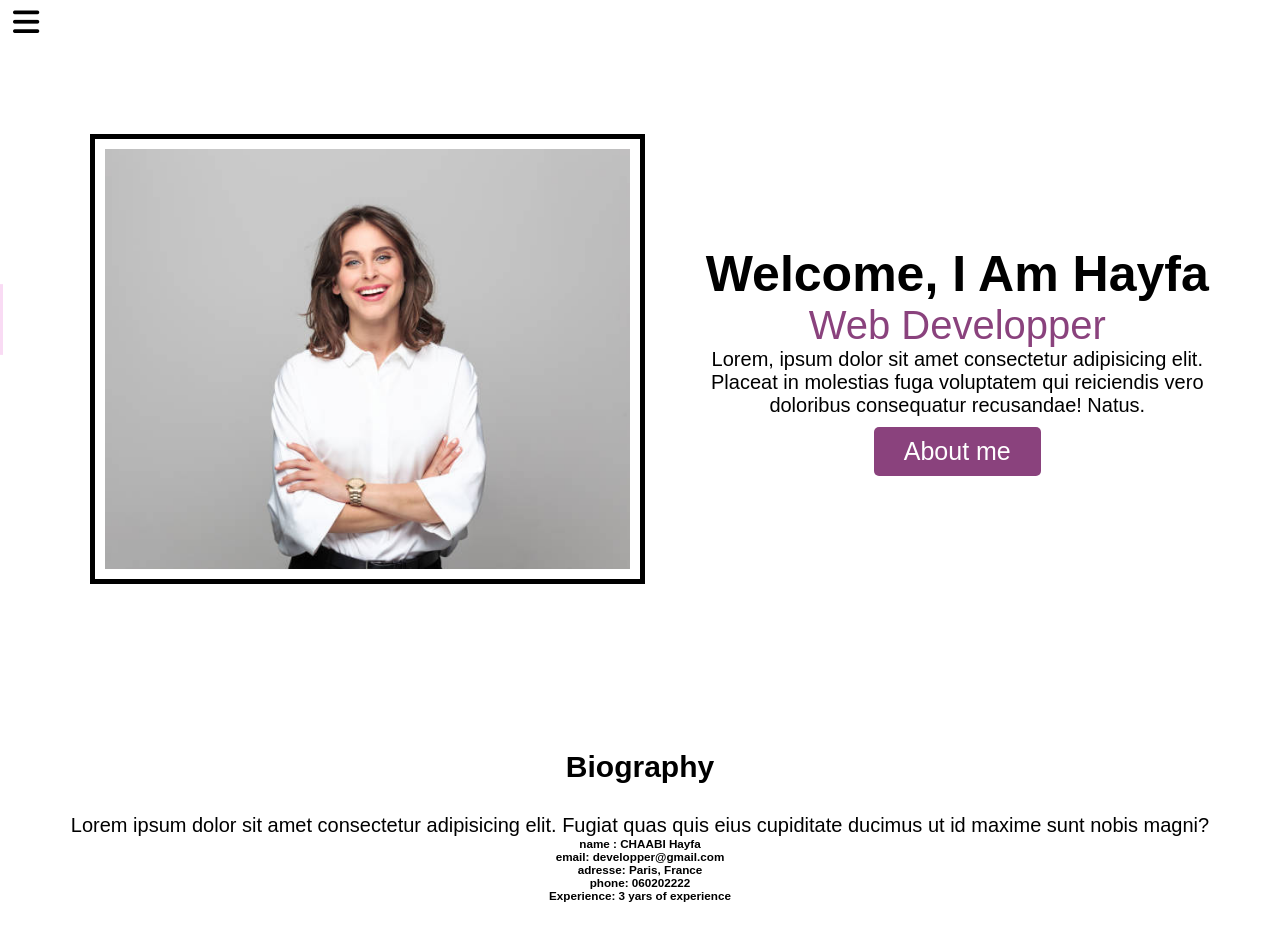
Repository: haifabilel/portfolio_project
Page: http://localhost/
An editor plug-in stored every save of this project. The page is shown before and after a run of saves, followed by the edit.
The browser window is 1280 px wide. The pictures show the whole page.
Some web fonts or font styles are not loaded; a fallback is used. The page is run by PHP 8.4 with error messages shown; the project is at /var/www/html/.

Above is the page before, as saved 2023-09-15 20:57:05.

### index.php
<!DOCTYPE html>
<html lang="fr">
<head>
    <meta charset="UTF-8">
    <meta name="viewport" content="width=device-width, initial-scale=1.0">
    <title>Portfolio</title>
    <!-- Font awesome cdn -->
    <link rel="stylesheet" href="https://cdnjs.cloudflare.com/ajax/libs/font-awesome/6.4.2/css/all.min.css">
    <!-- css link -->
    <link rel="stylesheet" href="css/style.css"
</head>
<body>
<!-- Header Section Starts -->
<header class="header">
<div id="menu-btn" class="fas fa-bars"></div>

    <a href="#home" class="logo">
       <img src="asset/logo.png" class="logo" alt="image-logo">
    </a>
<nav class="navbar">
    <a href="#home"class="active">Home</a>
    <a href="#about">About me</a>
    <a href="#portfolio">portfolio</a>
    <a href="#contact">Contact me</a>
</nav>
<div class="follow">
<a href="#" class="fab fa-facebook"></a>
<a href="#" class="fab fa-twitter"></a>
<a href="#" class="fab fa-instagram"></a>
<a href="#" class="fab fa-linkedin"></a>
<a href="#" class="fab fa-github"></a>
</div>
</header>

<!-- Header Section Ends -->
<!-- Home Section Starts -->
<section class="home" id="home">
    <div class="image">
        <img src="asset/photo-femme.jpg" alt="photo-femme" class="image-profil" >
    </div>
 <div class="content">
    <h1>Welcome, i am hayfa</h1>
    <span>Web Developper</span>
    <p>Lorem, ipsum dolor sit amet consectetur adipisicing elit. Placeat in molestias fuga voluptatem qui reiciendis vero doloribus consequatur recusandae! Natus.</p>
    <a href="#about" class="btn">About me</a>
 </div>
</section>
<!-- Home Section Ends -->
<!-- about Section Starts -->
<section class="about"  id="about">
    <h2 class="myBio">Biography</h2>
    <div class="biography">
        <p>Lorem ipsum dolor sit amet consectetur adipisicing elit.
             Fugiat quas quis eius cupiditate ducimus ut id maxime sunt nobis magni? </p>
    <h3> name : CHAABI Hayfa </h3>
    <h3> email: developper@gmail.com </h3>
    <h3> adresse: Paris, France </h3>
    <h3> phone: 060202222 </h3>
    <h3>Experience: 3 yars of experience </h3>

    </div>




</section>




<!-- about Section Ends -->











<script src="js/script.js"></script>
</body>
</html>

### css/style.css
@import url('https://fonts.googleapis.com/css2?family=Crimson+Text:wght@400;600&family=EB+Garamond:wght@400;500;600&family=Lora:ital@1&family=Nanum+Myeongjo:wght@400;700;800&family=Poppins:ital,wght@1,200;1,300;1,400;1,500&display=swap');
:root{
    --black:#000;
    -white:#fff;
    --pinkLight:#ce2a77;
    --pink:#8e6787;
    --light-bg:#eccbe1;
    --border-bold:.4rem solid var(--pink);
    --box--shadow:7px 6px 5px 0px rgba(0,0,0,0.4);
}
*{
    font-family: 'EB Garamond', 'Arial',' sans-serif';
    margin: 0;
    padding:0;
    box-sizing: border-box;
    outline:none;
    border:none;
    text-decoration:none;

}
*{
    background-color: var(--white);

}
*::-webkit-scrollbar{
    height:.5rem;
    width:1rem;
   }
*::-webkit-scrollbar-track{
    background-color: transparent;
}
*::-webkit-scrollbar-thumb{
    background-color: var(--pink);
}
html{
    font-size:62.5%;
    overflow-x: hidden;
    scroll-behavior: smooth;
}
section{
    padding:3rem 2rem;
    margin:0 auto;
    max-width:1200px;
    text-align: center;

}
body{
 overflow: hidden;
 transition:.2s linear !important;
 text-align: center;
}
body.active{
  padding-left:35rem;
}

/* <!-- Body Section Ends --> */
/* <!-- Header Section Starts --> */
.header{
    position:fixed;
    top:0;left:-35rem;
    height:100vh;
    background-color:var(--white);
    border-right:var(--border-bold);
    width:35rem;
    padding:3rem 2rem;
    text-align:center;
    display: flex;
    align-items: center;
    justify-content: space-between;
    flex-flow: column;
    transition:.2s linear !important;
    text-align: center;
}
header .navbar{
    width: 100%;
    margin-top:-30px;

}
header .navbar a{
    text-decoration: none;
    font-size: 2.5rem;
    padding:1.5rem;
    margin:.3rem;
    display:block;
}
header .navbar a.active,
header .navbar a:hover{
 background-color: #f0aae46b;
 transform: scale(1.2);
}
.header .follow a{
    font-size:2.5rem;
    margin:0 1rem;
    color:#8a427d;
}
.header .follow a:hover{
    transform: scale(2.1);
}
#menu-btn{
   position: absolute;
   top:0; right:-5.5rem;
   height:4.5rem;
   line-height: 4.5rem;
   width:5rem;
   font-size: 3rem;
   cursor: pointer;
   color: var(--white);
}
.logo{
    margin-top: -30px;
    height: 190px;
}
header.active{
   left:0;
}
/* Header Section Ends */
 /* Home Section Starts  */
.home{
    display:flex;
    align-items: center;
    flex-wrap:wrap;
    gap:2rem;
    min-height: 100vh;
}
h1{
    font-size: 5rem;
    text-transform:capitalize;
}
 span{
    color:#8a427d;
    font-size: 4rem;

}
p{
    font-size: 2rem;
}
.home .image img{
    height:45rem;
    padding:1rem;
    margin:30px;
    border :5px solid black;

}
.home .image{
    flex:1 1 40rem;
}
.home .content{
    flex:1 1 40rem;
}
.btn{
    display: inline-block;
    margin-top:1rem ;
    cursor: pointer;
    padding:1rem 3rem;
    background-color: #8a427d;
    color:#fff;
    border-radius: 5px;
    font-size: 2.5rem;
}
.btn:hover{
    transform: scale(1.1);
    transition: 0.5s;;
}
/* Home Section Ends */
/* About section starts */
h2{
    margin-bottom:3rem;
    text-align: center;
    font-size: 3rem;
    color: var;

}



/* About section ends */








/* media queries */
@media (max-widht:991px){
    html{
        font-size: 55%;
    }
    body .active{
        padding-left: 0;
    }
}

@media (max-widht:450px){
    html{
        font-size: 50%;
    }
    .header.active{
        padding-top:7rem;
    }
    #menu-btn.fa-times{
        right:0;
    }
    .home .image img{
     height:auto;
     width:100%;


    }
}

### js/script.js
let menu = document.querySelector('#menu-btn');
let header = document.querySelector('.header');

// Button toggle
menu.onclick = () =>{
   menu.classList.toggle('fa-times');
   header.classList.toggle('active');
   document.body.classList.toggle('active');
}

window.onscroll = () =>{
    if(window.innerWidth < 991){
        menu.classList.remove('fa-times');
        header.classList.remove('active') ;
        document.body.classList.remove('active');
    }
}

After the next 2 saves:
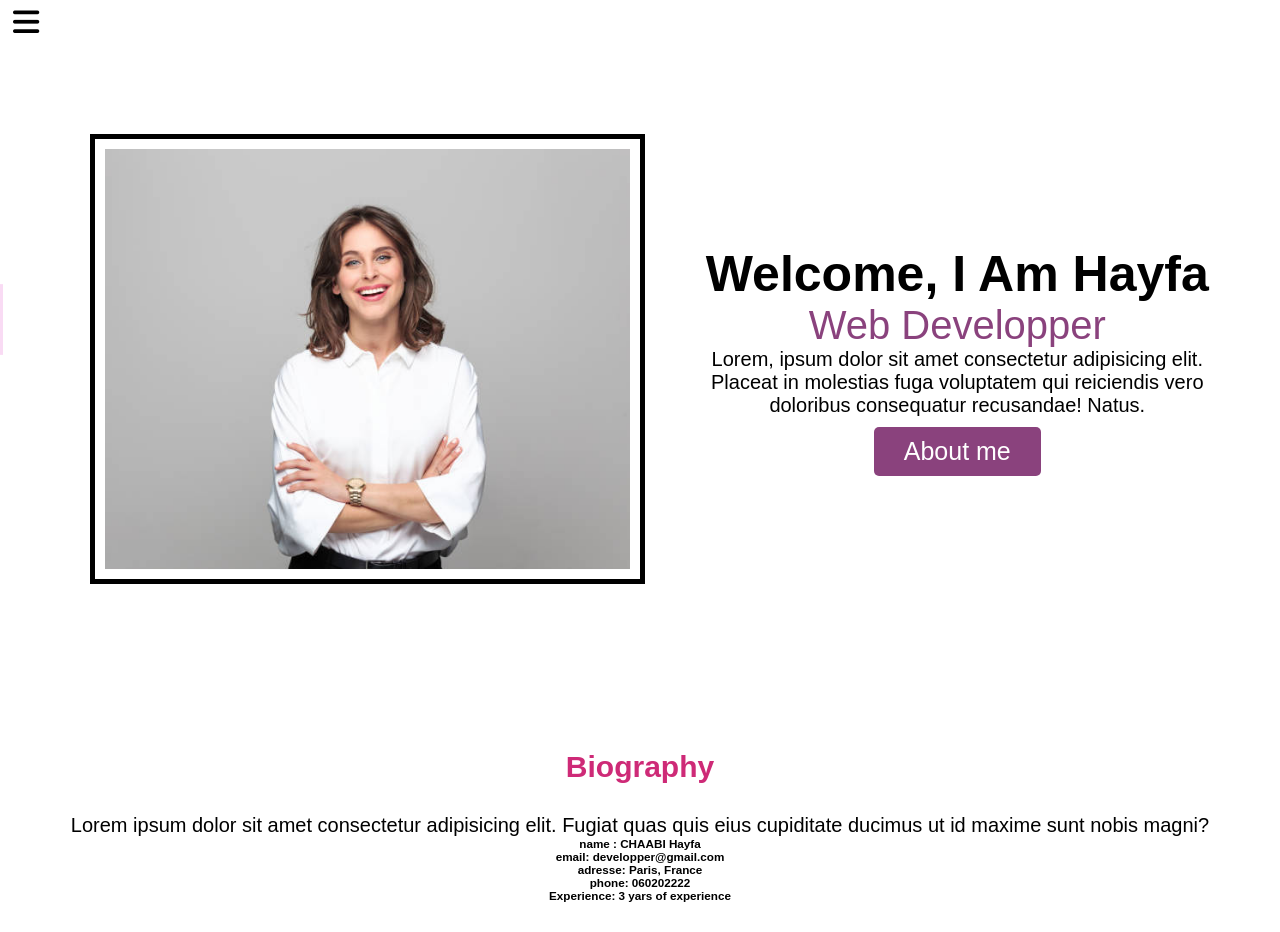
The 2 saves are shown as one change because they came seconds apart.
The last was saved 7 s later.
--- a/css/style.css
+++ b/css/style.css
@@ -167,7 +167,7 @@ h2{
     margin-bottom:3rem;
     text-align: center;
     font-size: 3rem;
-    color: var;
+    color: var(--pinkLight);
 
 }
 
